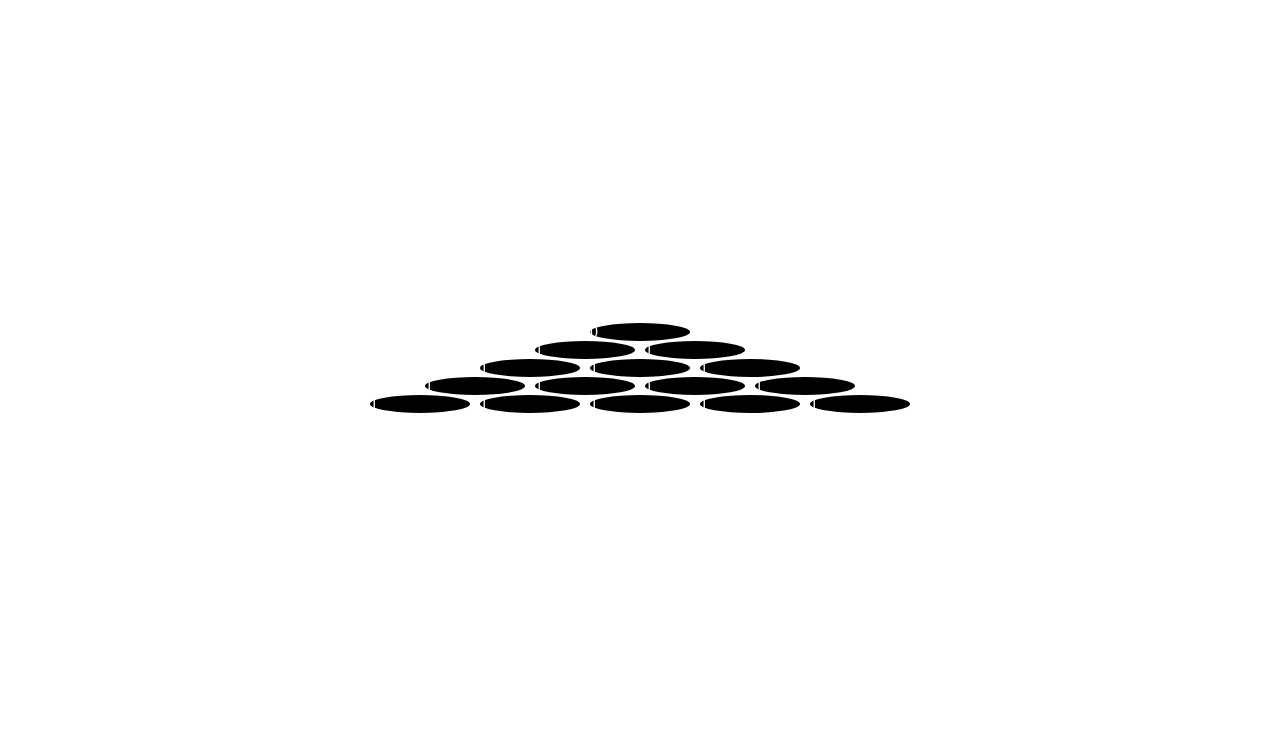
Repository: Yash19075/Mathematical-Peg-game
Page: Peg-game.html
An editor plug-in stored every save of this project. The page is shown before and after the next save, followed by the edit.
The browser window is 1280 px wide. The pictures show the whole page.

Above is the page before, as saved 2025-03-15 11:56:49.

### Peg-game.html
<!DOCTYPE html>
<html lang="en">
<head>
    <meta charset="UTF-8">
    <meta name="viewport" content="width=device-width, initial-scale=1.0">
    <title>Peg game</title>
    <link rel="stylesheet" href="Peg-game.css">
</head>
<body>
    <div class="peg-board">
    <div class="row">
        <div class="peg">0</div>
    </div>
    <div class="row">
        <div class="peg">1</div>
        <div class="peg">1</div>
    </div>
    <div class="row">
        <div class="peg">1</div>
        <div class="peg">1</div>
        <div class="peg">1</div>
    </div>
    <div class="row">
        <div class="peg">1</div>
        <div class="peg">1</div>
        <div class="peg">1</div>
        <div class="peg">1</div>
    </div>
    <div class="row">
        <div class="peg">1</div>
        <div class="peg">1</div>
        <div class="peg">1</div>
        <div class="peg">1</div>
        <div class="peg">1</div>
    </div>
    </div>
</body>
</html>

### Peg-game.css
body {
    height: 100vh;
    display: flex;
    justify-content: center;
    align-items: center;
}

.row {
    display: flex;
    gap: 10px;
    justify-content: center;
}

.peg-board {
    display: flex;
    flex-direction: column;
}

.peg{
    border-radius: 50%;
    background-color: black;
    color: white;
    width: 100px;
}

After the next save:
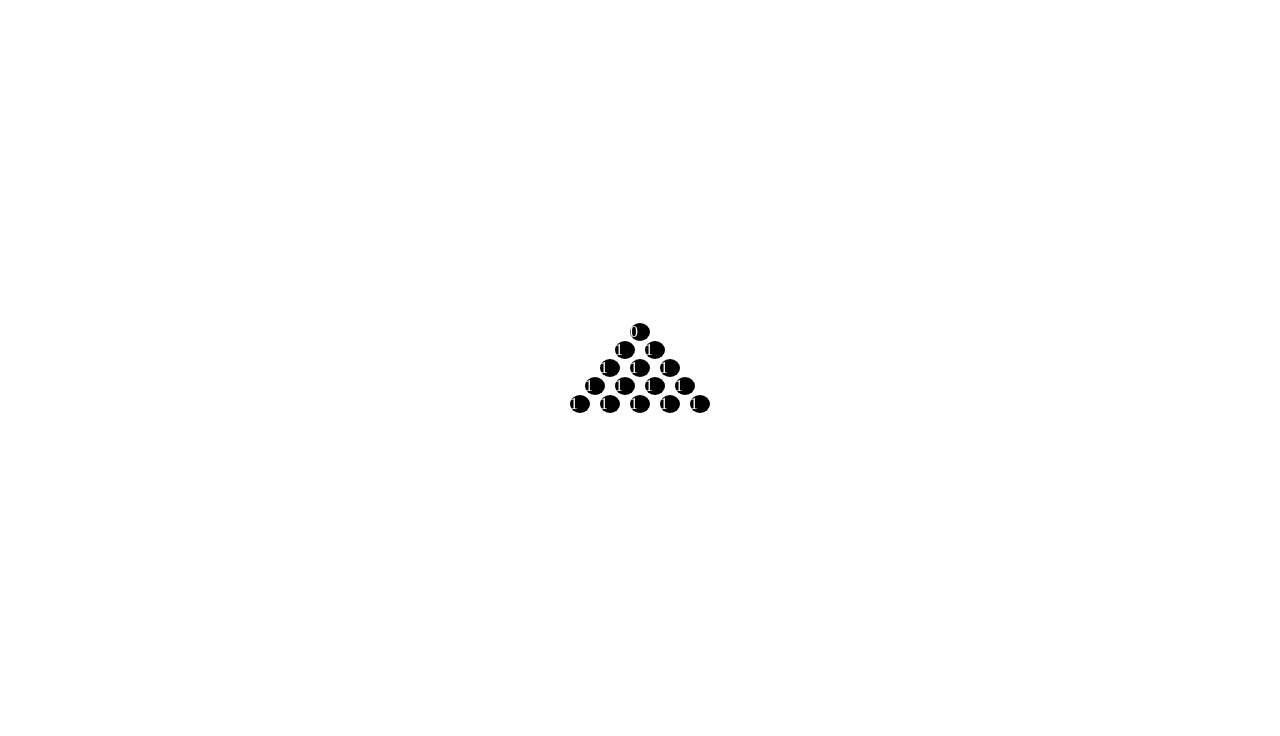
Saved 9 s later.
--- a/Peg-game.css
+++ b/Peg-game.css
@@ -20,5 +20,5 @@ body {
     border-radius: 50%;
     background-color: black;
     color: white;
-    width: 100px;
+    width: 20px;
 }
